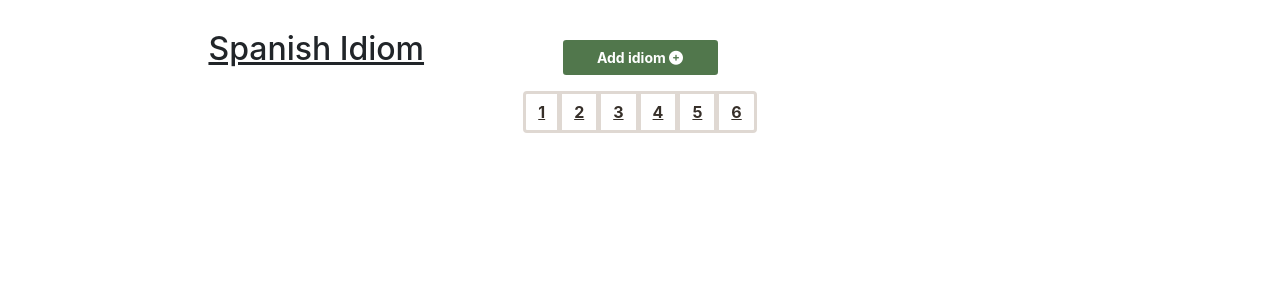
Repository: JK27/idioms-english-spanish
Page: http://localhost/
The author's editor kept a record of every edit. The page is drawn from the files as they stood at one moment, then again after the next edit.
The browser window is 1280 px wide. The pictures show the whole page.
Some web libraries are served in a nearby version. The page is served by the project's application, run on Flask 3 (idioms.py). Queries for data that is not in the repository find no rows.

Above is the page before.

### templates/idioms.html
{% extends "base.html" %} {% block content %}

<!------------------------------------------------------------------ Header row-->
<div class="row header-row">
    <!--<div class="col">-->
        <div class="col-d-none col-5">
            <h2>Spanish Idiom</h2>
        </div>
    <!--</div>-->
    <!--<div class="col">-->
        <div class="col-d-none col-md-2">
            <a class="btn btn-success btn-sm" id="add-button" href="{{url_for('add_idiom')}}" role="button"><strong>Add idiom </strong><i class="fas fa-plus-circle"></i></a>
        </div>
    <!--</div>-->
    <!--<div class="col">-->
        <div class="d-none col-md-5">
            <h2>English Idiom</h2>
        </div>
    <!--</div>-->
</div>
{% for idiom in idioms %}

<div class="row">
    <!----------------------------------------------------------------------------- Spanish idiom card-->

    <!--<div class="col-12 col-md-none mobile-card">-->
    <!--    <h4>Spanish Idiom</h4>-->
    <!--</div>-->
    <div class="card col-12 col-md-5" id="idiom-card">
        <div class="card-body">
            <h5 class="card-title"><em>"{{idiom.spanish_idiom}}"</em></h5>
            <p class="card-text"> {{idiom.english_literal}}</p>
            <p class="card-text">{{idiom.english_meaning}}</p>
        </div>
    </div>
    <!------------------------------------------------------------------------------ Middle column-->
    <div class="card middle-column col-12 col-md-2">
        <h5 class="card-title d-none d-md-block"><em>Equivalent idiom</em></h5>
        <p class="card-text d-none d-md-block">Literal translation</p>
        <p class="card-text d-none d-md-block">Meaning</p>
        <a class="btn btn-primary btn-sm middle-button" id="edit-button" href="{{url_for('edit_idiom', idiom_id=idiom._id)}}" role="button"><strong>Edit this idiom </strong><i class="fas fa-edit"></i></a>
        <a class="btn btn-danger btn-sm middle-button" id="delete-button" data-toggle="modal" href="#deletion-modal{{ idiom._id }}" role="button"><strong>Delete this idiom </strong><i class="fas fa-trash-alt"></i></a>

        <!-------------------------------------------------------------------------- Deletion modal-->

        <div class="modal" tabindex="-1" role="dialog" id="deletion-modal{{ idiom._id }}">
            <div class="modal-dialog" role="document">
                <div class="modal-content">
                    <div class="modal-header">
                        <h5 class="modal-title">Para el carro! - Hold your horses!</h5>
                        <button type="button" class="close" data-dismiss="modal" aria-label="Close">
          <span aria-hidden="true">&times;</span>
        </button>
                    </div>
                    <div class="modal-body">
                        <h6>Are you sure you want to delete this idiom?</h6>
                        <h5><em>"{{idiom.spanish_idiom}}"</em></h5>
                    </div>
                    <div class="modal-footer">
                        <button class="btn btn-secondary  btn-sm middle-button" id="cancel-button" data-dismiss="modal"><strong>Cancel </strong><i class="fas fa-undo-alt"></i></button>
                        <a class="btn btn-danger btn-sm middle-button" id="delete-button" href="{{url_for('delete_idiom', idiom_id=idiom._id)}}" role="button"><strong>Delete this idiom </strong><i class="fas fa-trash-alt"></i></a>
                    </div>
                </div>
            </div>
        </div>
    </div>

    <!----------------------------------------------------------------------------- English idiom card-->

    <!--<div class="col-12 col-md-none mobile-card">-->
    <!--    <h4>English Idiom</h4>-->
    <!--</div>-->
    <div class="card col-12 col-md-5" id="idiom-card">
        <div class="card-body">
            <h5 class="card-title"><em>"{{idiom.english_idiom}}"</em></h5>
            <p class="card-text">{{idiom.spanish_literal}}</p>
            <p class="card-text">{{idiom.spanish_meaning}}</p>
        </div>
    </div>

    <hr class="block-divider block-divider--long">

</div>

{% endfor %}

<div class="row">
    <div class="col">
        <nav aria-label="Page navigation">
            <ul class="pagination justify-content-center">
                <li class="page-item"><a class="page-link" href="{{url_for('get_idioms')}}"><strong>1</strong></a></li>
                <li class="page-item"><a class="page-link" href="{{url_for('page_two')}}"><strong>2</strong></a></li>
                <li class="page-item"><a class="page-link" href="{{url_for('page_three')}}"><strong>3</strong></a></li>
                <li class="page-item"><a class="page-link" href="{{url_for('page_four')}}"><strong>4</strong></a></li>
                <li class="page-item"><a class="page-link" href="{{url_for('page_five')}}"><strong>5</strong></a></li>
                <li class="page-item"><a class="page-link" href="{{url_for('page_six')}}"><strong>6</strong></a></li>
            </ul>
        </nav>
    </div>
</div>


{% endblock %}

### templates/base.html
<!DOCTYPE html>
<html lang="en">

<head>
    <meta charset="UTF-8">
    <meta name="viewport" content="width=device-width, initial-scale=1.0">
    <meta http-equiv="X-UA-Compatible" content="ie=edge">

    <link href="https://stackpath.bootstrapcdn.com/bootstrap/4.3.1/css/bootstrap.min.css" rel="stylesheet" integrity="sha384-ggOyR0iXCbMQv3Xipma34MD+dH/1fQ784/j6cY/iJTQUOhcWr7x9JvoRxT2MZw1T" crossorigin="anonymous">
    <link rel="stylesheet" href="{{url_for('static', filename='css/style.css')}}" type="text/css" />



    <title>Idioms English - Spanish</title>
</head>

<body>
    <div class="container">
        {% block content %} {% endblock %}
    </div>

    <script src="https://cdnjs.cloudflare.com/ajax/libs/jquery/3.4.1/jquery.min.js" integrity="sha256-CSXorXvZcTkaix6Yvo6HppcZGetbYMGWSFlBw8HfCJo=" crossorigin="anonymous"></script>
    <script src="https://stackpath.bootstrapcdn.com/bootstrap/4.3.1/js/bootstrap.min.js" integrity="sha384-JjSmVgyd0p3pXB1rRibZUAYoIIy6OrQ6VrjIEaFf/nJGzIxFDsf4x0xIM+B07jRM" crossorigin="anonymous"></script>
    <script src="https://kit.fontawesome.com/5d6ba07855.js"></script>

</body>

</html>

### idioms.py
import os
from flask import Flask, render_template, redirect, request, url_for
from flask_pymongo import PyMongo, pymongo
from bson.objectid import ObjectId

app = Flask(__name__)

app.config["MONGO_DBNAME"] = "idioms-and-proverbs"
app.config["MONGO_URI"] = "mongodb+srv://jk27:07diciembre18@cluster0-9pga0.mongodb.net/idioms-and-proverbs?retryWrites=true&w=majority"

mongo = PyMongo(app)

@app.route("/")
@app.route("/get_idioms")
def get_idioms():

    pageSize = 10
    pageNum = 1

    return render_template("idioms.html", idioms=mongo.db.idioms.find().skip(pageSize*(pageNum-1)).limit(pageSize).sort("_id", -1))

@app.route("/page_two")
def page_two():

    pageSize = 10
    pageNum = 2

    return render_template("idioms.html", idioms=mongo.db.idioms.find().skip(pageSize*(pageNum-1)).limit(pageSize).sort("_id", -1))

@app.route("/page_three")
def page_three():

    pageSize = 10
    pageNum = 3

    return render_template("idioms.html", idioms=mongo.db.idioms.find().skip(pageSize*(pageNum-1)).limit(pageSize).sort("_id", -1))

@app.route("/page_four")
def page_four():

    pageSize = 10
    pageNum = 4

    return render_template("idioms.html", idioms=mongo.db.idioms.find().skip(pageSize*(pageNum-1)).limit(pageSize).sort("_id", -1))

@app.route("/page_five")
def page_five():

    pageSize = 10
    pageNum = 5

    return render_template("idioms.html", idioms=mongo.db.idioms.find().skip(pageSize*(pageNum-1)).limit(pageSize).sort("_id", -1))

@app.route("/page_six")
def page_six():

    pageSize = 10
    pageNum = 6

    return render_template("idioms.html", idioms=mongo.db.idioms.find().skip(pageSize*(pageNum-1)).limit(pageSize).sort("_id", -1))




# ---------------------------------------------------------------------     Functions to add idioms -- #
@app.route("/add_idiom")
def add_idiom():
    return render_template("addidiom.html")

@app.route("/insert_idiom", methods=["POST"])                           #-- Data from form in addidiom.html is posted using this function...
def insert_idiom():
    idioms = mongo.db.idioms                                            #-- ... data is inserted to the idioms database...
    idioms.insert_one(request.form.to_dict())                           #-- ... inserting one item to the dictionary...
    return redirect(url_for("get_idioms"))                              #-- ... and then redirecting to /get_idioms

# ---------------------------------------------------------------------     Functions to edit idioms -- #
@app.route("/edit_idiom/ <idiom_id>")
def edit_idiom(idiom_id):                                               #-- Use idiom_id to target the idiom that want to edit
    the_idiom = mongo.db.idioms.find_one({"_id":ObjectId(idiom_id)})    #-- Retrieve the idiom from the idioms database, using its id to find it...
    return render_template("editidiom.html", idiom=the_idiom)           #-- ... and then redirecting to /editidiom.html

@app.route("/update_idiom/<idiom_id>", methods=["POST"])                #-- Data from form in editidiom.html is posted using this function...
def update_idiom(idiom_id):
    idioms = mongo.db.idioms                                            #-- ... data is updated in the idioms database...
    idioms.update({"_id":ObjectId(idiom_id)},                           #-- ... updating the item with a specific id...
    {
        "spanish_idiom": request.form.get("spanish_idiom"),             #-- ... each field for that item will be updated taking the input from...
        "english_literal": request.form.get("english_literal"),         #-- ... the corresponding field on the form
        "english_meaning": request.form.get("english_meaning"),
        "english_idiom": request.form.get("english_idiom"),
        "spanish_literal": request.form.get("spanish_literal"),
        "spanish_meaning": request.form.get("spanish_meaning")
    })
    return redirect(url_for("get_idioms"))

# -------------------------------------------------------------------- Function to delete idioms -- #
@app.route("/delete_idiom/<idiom_id>")
def delete_idiom(idiom_id):
    mongo.db.idioms.remove({"_id": ObjectId(idiom_id)})
    return redirect(url_for("get_idioms"))





if __name__ == "__main__":
    app.run(host=os.environ.get("IP"),
            port=int(os.environ.get("PORT")),
            debug=True)

### static/css/style.css
/*----------------------------------------------------------------- Header row */

h2 {
    text-align: center;
    text-decoration: underline;
}

.header-row {
    margin-top: 30px;
    margin-bottom: 15px;
}

.row {
    margin-right: 0px;
    margin-left: 0px;
}

#add-button {
    width: 100%;
    margin-top: 10px;
    background-color: #51774c;
    border-color: #51774c;
    border-width: medium;
}

#add-button:hover,
#add-button:active,
#add-button:focus,
#add-button:active:focus {
    color: #51774c;
    text-decoration: none;
    background-color: #ffffff;
    border-color: #51774c;
}

/*--------------------------------------------------------------------- Cards */

.card {
    margin-bottom: 15px;
}

#idiom-card {
    background-color: #ffcc9926;
    border-width: medium;
}

.mobile-card {
    text-decoration: underline;
    text-align: center;
}

/*--------------------------------------------------------------- Middle column */

.middle-column {
    border: 0;
    padding-top: 20px;
    text-align: center;
}

/* ------------------------------------------------------------------- Buttons */

.middle-button {
    margin-bottom: 5px;
}

.btn-block {
    margin-right: 15px;
    margin-left: 15px;
}

#edit-button {
    background-color: #7111b9;
    border-color: #7111b9;
    border-width: medium;
}

#edit-button:hover,
#edit-button:active,
#edit-button:focus,
#edit-button:active:focus {
    color: #7111b9;
    text-decoration: none;
    background-color: #ffffff;
    border-color: #7111b9;
}

#delete-button {
    background-color: #920815;
    border-color: #920815;
    border-width: medium;
}

#delete-button:hover,
#delete-button:active,
#delete-button:focus,
#delete-button:active:focus {
    color: #920815;
    text-decoration: none;
    background-color: #ffffff;
    border-color: #920815;
}

/*----------------------------------------------------------------- Block divider */

.block-divider {
    width: 100%;
    height: 5px;
    border: 0;
    background-color: #dfd8d2;
}

/*------------------------------------------------------------------ Deletion modal */

#cancel-button {
    background-color: #33373a;
    border-color: #33373a;
    border-width: medium;
}

#cancel-button:hover,
#cancel-button:active,
#cancel-button:focus,
#cancel-button:active:focus {
    color: #33373a;
    text-decoration: none;
    background-color: #ffffff;
    border-color: #33373a;
}

/* ---------------------------------------------------------------- Pagination */

.page-link {
    color: #362f29;
    text-decoration: underline;
    border-width: medium;
    border-color: #dfd8d2;
}

.page-link:hover,
.page-link:active,
.page-link:focus,
.page-link:active:focus {
    color: #362f29;
    text-decoration: none;
    border-color: #362f29;
}

/*-------------------------------------------------------------- Media queries */

@media (min-width: 768px) {
    .card {
        word-wrap: normal;
    }
}

@media (max-width: 767px) {
    .header-item {
        display: none;
    }
    .middle-column {
        padding-top: 0;
    }
}

After the next edit:
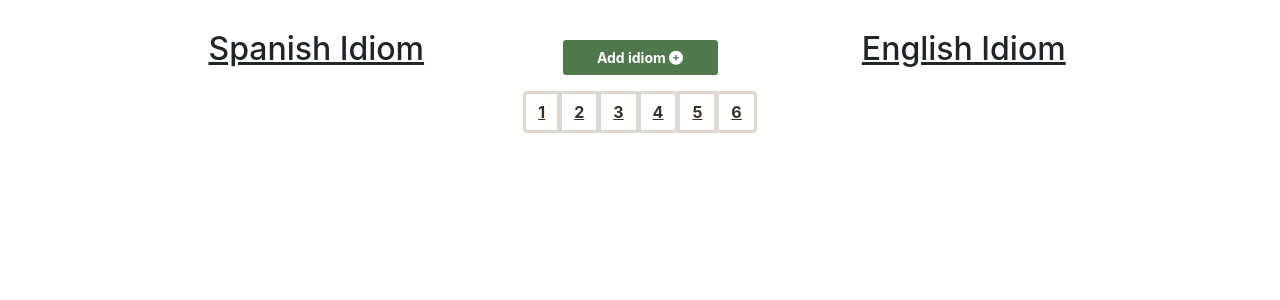
The edit:
--- a/templates/idioms.html
+++ b/templates/idioms.html
@@ -13,7 +13,7 @@
         </div>
     <!--</div>-->
     <!--<div class="col">-->
-        <div class="d-none col-md-5">
+        <div class="col-d-none col-md-5">
             <h2>English Idiom</h2>
         </div>
     <!--</div>-->
